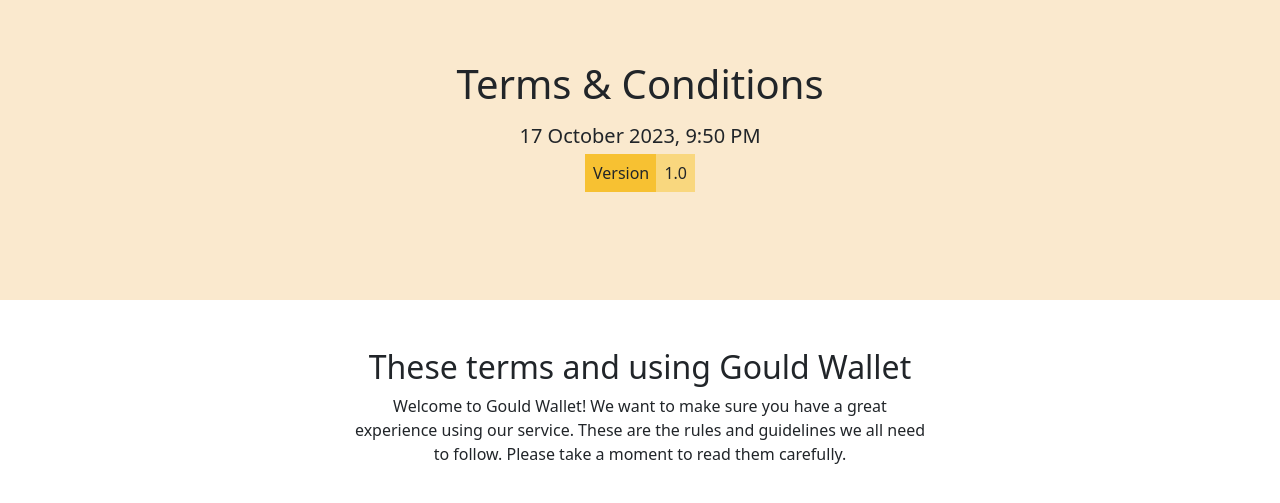
Repository: injectGroup/github.io
Page: terms.html
These files come from the project's save history. The page is drawn as it stood at one moment and after the next save; the edit follows.
The browser window is 1280 px wide. The pictures show the whole page.

Above is the page before, as saved 2023-11-30 08:20:42.

### terms.html
<!doctype html>
<html lang="en">

<head>
    <meta charset="utf-8">
    <meta name="viewport" content="width=device-width, initial-scale=1">
    <title>Bootstrap demo</title>
    <!-- GOULD CUSTOM CSS-->
    <link rel="stylesheet" href="/gouldwalletlegal/css/gouldcustom.css">
    <!--- BOOTSTRAP CDN -->
    <link href="https://cdn.jsdelivr.net/npm/bootstrap@5.3.2/dist/css/bootstrap.min.css" rel="stylesheet"
        integrity="sha384-T3c6CoIi6uLrA9TneNEoa7RxnatzjcDSCmG1MXxSR1GAsXEV/Dwwykc2MPK8M2HN" crossorigin="anonymous">
</head>

<body>
    <!-- Content here -->
    <div class="container-fluid text-center terms-content">
        <div class="row align-items-center">
            <div class="col align-self-center">
                <h1 class="text-center">
                    Terms & Conditions
                </h1>
            </div>
        </div>
        <div class="row align-items-center">
            <h5 class="version-date p-2">
                17 October 2023, 9:50 PM
            </h5>
            <div class="col align-self-center">
                <h6 class="text-center">
                    <span class="version p-2">Version</span>
                    <span class="version-number p-2">1.0</span>
                </h6>
            </div>

        </div>
    </div>
    <!-- BODY -->
    <dl class="container mt-5 text-center mx-auto" style="width:600px;">
        <dt class="">
            <h2>
                These terms and using Gould Wallet
            </h2>
        </dt>
        <dd class="col text-left">
            <p>
                Welcome to Gould Wallet! We want to make sure you have a great experience using our service. These are
                the rules and
                guidelines we all need to follow. Please take a moment to read them carefully.
            </p>
        </dd>
    </dl>
    <!-- BOOTSTRAP JS-->
    <script src="https://cdn.jsdelivr.net/npm/bootstrap@5.3.2/dist/js/bootstrap.bundle.min.js"
        integrity="sha384-C6RzsynM9kWDrMNeT87bh95OGNyZPhcTNXj1NW7RuBCsyN/o0jlpcV8Qyq46cDfL"
        crossorigin="anonymous"></script>
</body>

</html>

### gouldwalletlegal/css/gouldcustom.css
/*
 *AUTHOR: Abdulkadir Mohammed @ Inject
 *DATE: Wed 29 November 2023
  *
 *This is a custom css for gould wallet.
 */
/*****************************
 *********** HEAD ***********
 *****************************/
.terms-content {
    background-color: #FAE9CE;
    height: 300px;
    width: 100%;
    padding-top: 60px;
}

.version {
    background-color: #F7C132;
    width: 100px;
    margin-right: -5px;
}

.version-number {
    background-color: #F9D77E;
}


/*****************************
  *********** BODY ***********
 *****************************/

/*****************************
 *********** FOOTER ***********
*****************************/

After the next save:
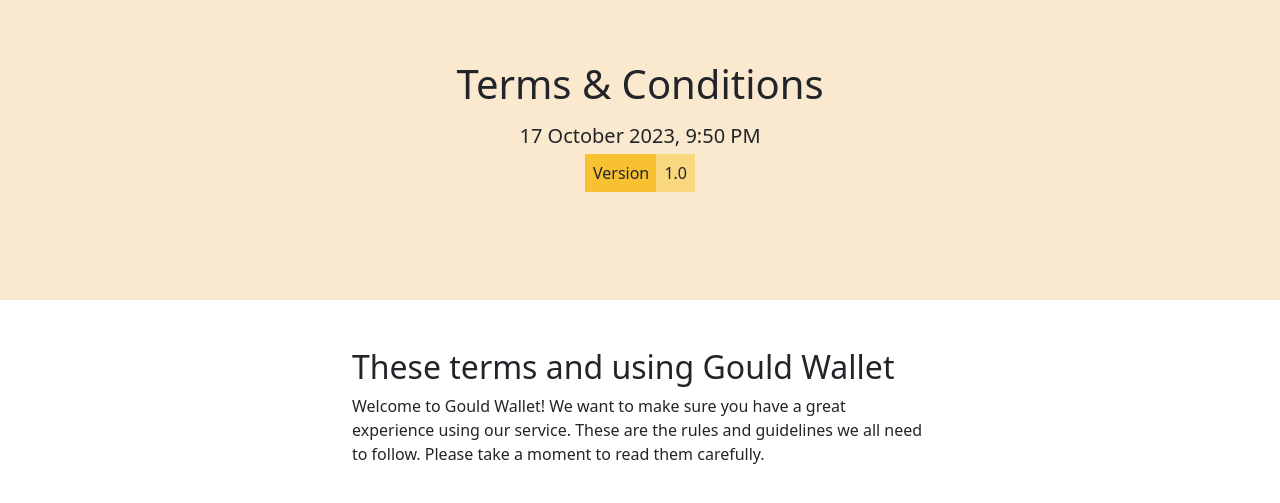
Saved 10 s later.
--- a/terms.html
+++ b/terms.html
@@ -36,7 +36,7 @@
         </div>
     </div>
     <!-- BODY -->
-    <dl class="container mt-5 text-center mx-auto" style="width:600px;">
+    <dl class="container mt-5 mx-auto" style="width:600px;">
         <dt class="">
             <h2>
                 These terms and using Gould Wallet
